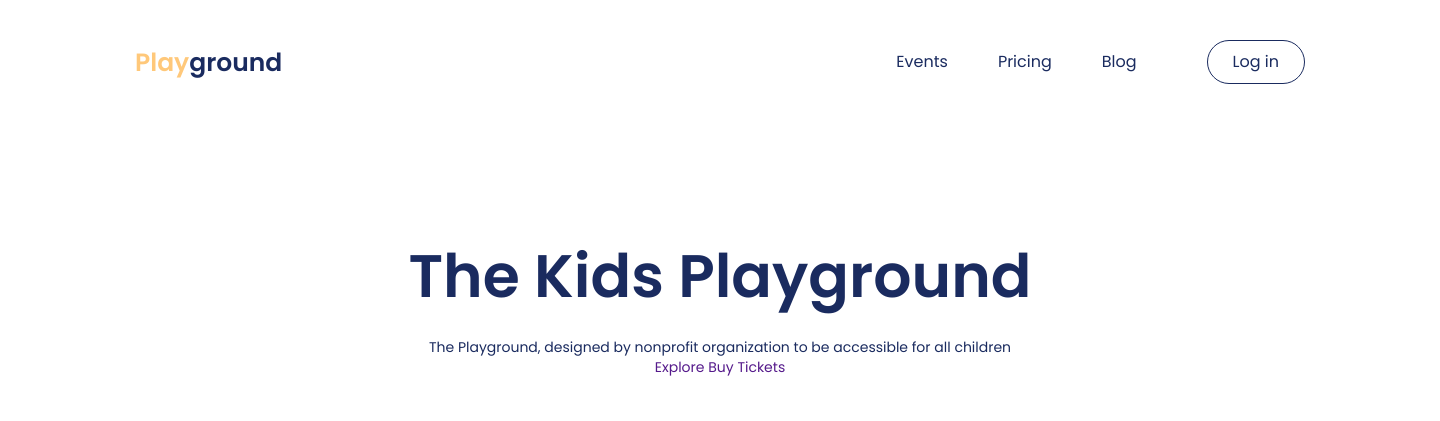
Repository: khuong30082000/the-playground
Page: index.html
The author's editor kept a copy of each file at every save. The page is drawn from the files as they stood at one save, then again after a run of saves.
The browser window is 1280 px wide. The page is 1440 px wide, so the pictures cover 1440 px, including what lies to the right of the window. The pictures show the whole page.
The style sheet was rebuilt from its Sass, Less or Tailwind sources for each picture, by a compiler version that may differ from the author's.

Above is the page before, as saved 2022-04-25 13:19:13.

### index.html
<!DOCTYPE html>
<html lang="en">

<head>
    <meta charset="UTF-8" />
    <meta http-equiv="X-UA-Compatible" content="IE=edge" />
    <meta name="viewport" content="width=device-width, initial-scale=1.0" />
    <title>Document</title>
    <link rel="stylesheet" href="css/style.css" />
    <link rel="preconnect" href="https://fonts.googleapis.com" />
    <link rel="preconnect" href="https://fonts.gstatic.com" crossorigin />
    <link href="https://fonts.googleapis.com/css2?family=Poppins:wght@300;400;600&display=swap" rel="stylesheet" />
    <link rel="stylesheet"
        href="https://cdn.jsdelivr.net/npm/@fortawesome/fontawesome-free@5.15.4/css/fontawesome.min.css" />
</head>

<body>
    <div class="wrapper">
        <header class="header">
            <div class="container ">
                <div class="header__inner">
                    <a href="index.html" class="header__logo"><span class="header__logo-text">Play</span>ground</a>
                    <ul class="header__menu-list">
                        <li class="header__menu-item">
                            <a href="" class="header__menu-link">Events</a>
                        </li>
                        <li class="header__menu-item">
                            <a href="" class="header__menu-link">Pricing</a>
                        </li>
                        <li class="header__menu-item">
                            <a href="" class="header__menu-link">Blog</a>
                        </li>
                        <li class="header__menu-item">
                            <a href="" class="header__menu-link header__menu-login">Log in</a>
                        </li>
                    </ul>
                </div>
            </div>
        </header>
        <section class="banner">
            <div class="container">
                <h1 class="banner__heading">The Kids Playground</h1>
                <p class="banner__desc">The Playground, designed by nonprofit organization to be accessible for all
                    children </p>
                <div class="banner__bottom">
                    <a href="" class="btn banner__bottom-left">Explore</a>
                    <a href="" class="btn banner__bottom-right">Buy Tickets</a>
                </div>
            </div>
        </section>
    </div>
</body>

</html>

### scss/style.scss
@import "./variable";
@import "./mixins";
@import "./base";
@import  "./header";
@import "./banner";

### scss/_variable.scss
$primary-color:#ffc87a;
$text-color:#1a2b5f

### scss/_mixins.scss
@mixin flex($align:flex-start,$justify:flex-start,$wrap:nowrap) {
   display:flex;
   align-items: $align;
   justify-content: $justify;
   flex-wrap: $wrap;
}

### scss/_base.scss
*,
*::before,
*::after {
    box-sizing: border-box;
}
* {
    margin: 0;
}

html,
body {
    height: 100%;
    font-size: 62.5%;
}
a {
    text-decoration: none;
}
body {
    line-height: 1.5;
    -webkit-font-smoothing: antialiased;
    -webkit-tap-highlight-color: rgba(0, 0, 0, 0);
}
img {
    display: block;
    max-width: 100%;
}

input,
button,
textarea,
select {
    font: inherit;
    outline: none;
    border: none;
}
p,
h1,
h2,
h3,
h4,
h5,
h6 {
    overflow-wrap: break-word;
}
body {
    font-family: "Poppins", sans-serif;
    font-size: 1.4rem;
    line-height: 1.4;
    color: $text-color;
}
.wrapper {
    width: 144rem;
    margin: 0 auto;
}
.container {
    max-width: 121rem;
    padding-left: 2rem;
    padding-right: 2rem;
    margin: 0 auto;
}

### scss/_header.scss
.header {
  padding-top: 4rem;
  &__inner {
    @include flex(center, space-between);
  }
  &__menu {
    &-list {
      @include flex(center);
      list-style: none;
    }
    &-item {
      margin-left: 5rem;
      &:last-child {
        margin-left: 7rem;
      }
    }
    &-link {
      font-size: 1.6rem;
      color: $text-color;
      transition:color 0.25s linear , border 0.25s linear;
      &:hover {
        color: $primary-color;
      }
    }
    &-login {
      padding: 1rem 2.5rem;
      border: 1px solid;
      border-radius: 2.5rem;
      display: inline-block;
    }
  }
  &__logo {
    font-size: 2.5rem;
    font-weight: 600;
    color: $text-color;
    &-text {
      color: $primary-color;
    }
  }
}

### scss/_banner.scss
.banner {
    padding-top: 15rem;
    max-width: 80rem;
    margin: 0 auto;
    text-align: center;
    &__heading {
        font-weight: 600;
        font-size: 6rem;
        margin-bottom: 2rem;
    }
}

After the next 2 saves:
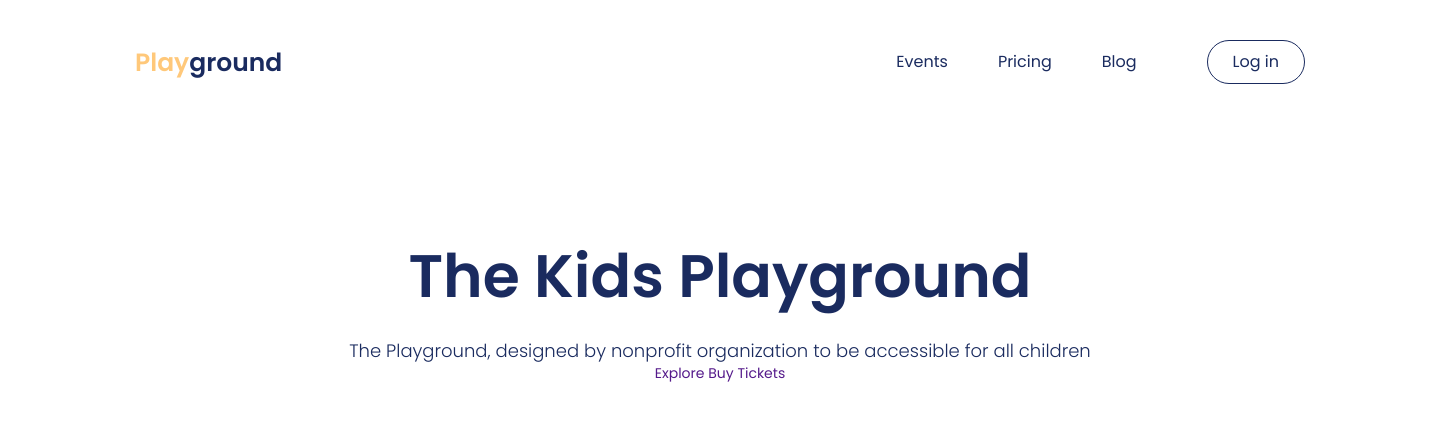
The 2 saves are shown as one change because they came seconds apart.
The last was saved 22 s later.
--- a/scss/_banner.scss
+++ b/scss/_banner.scss
@@ -8,4 +8,8 @@
         font-size: 6rem;
         margin-bottom: 2rem;
     }
+    &__desc {
+        font-size: 1.8rem;
+        font-weight: 300;
+    }
 }
